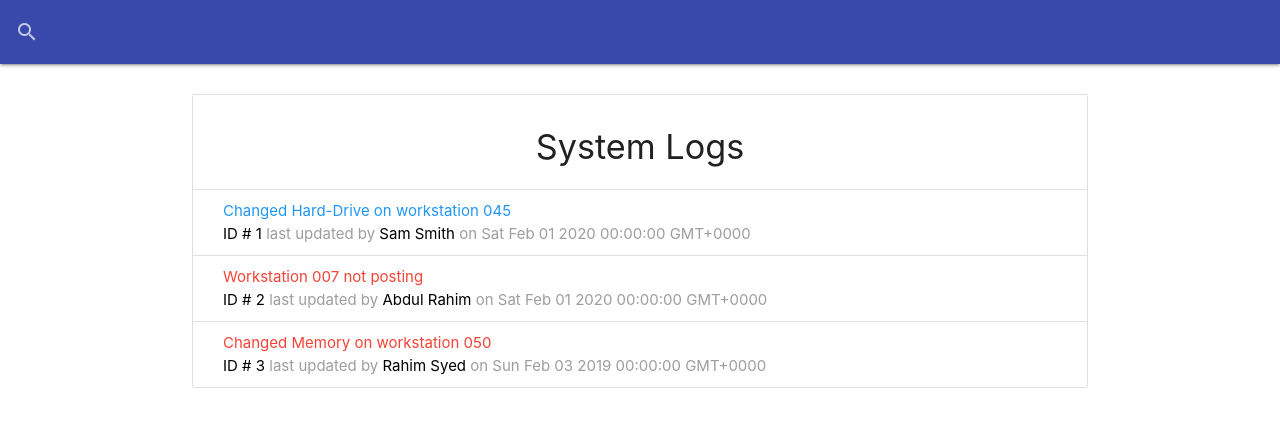
Repository: syedabdulrahim/IT_Logger
Page: /
The author's editor kept a copy of each file at every save. The page is drawn from the files as they stood at one save, then again after the next save.
The browser window is 1280 px wide. The pictures show the whole page.
The project was rebuilt for these pictures with package versions that can differ from the ones it lists, and the page was loaded fresh each time. Requests to the local data server were answered from the project's data file. Also part of the build but not shown: src/App.css.

Above is the page before, as saved 2020-10-30 00:10:34.

After the next save:
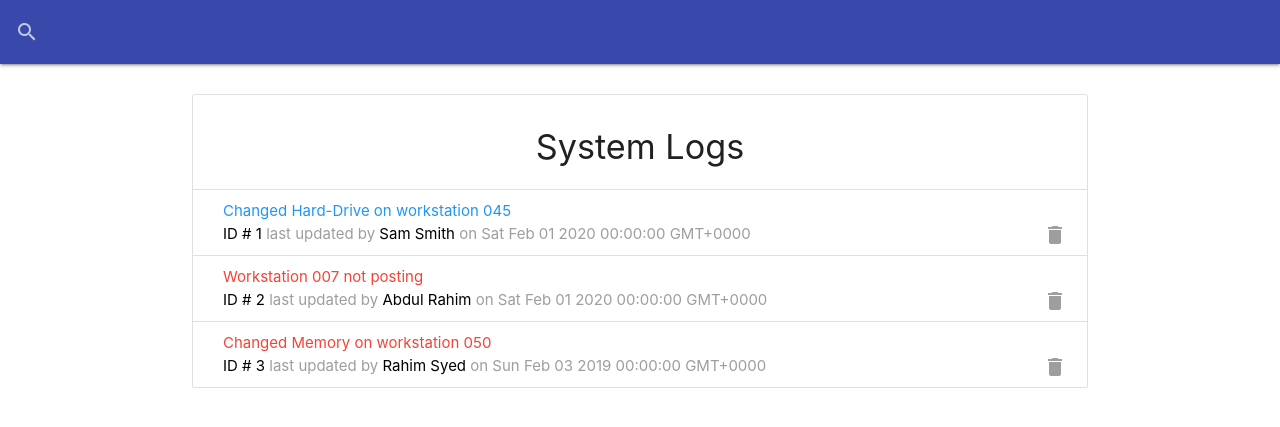
Saved 10 min 34 s later.
--- a/src/components/logs/LogItem.js
+++ b/src/components/logs/LogItem.js
@@ -22,6 +22,9 @@ const LogItem = ({log}) => {
                             <span className="black-text">{' '}{log.tech}</span>{' '}
                             on{' '} <Moment>{dateToFormat}</Moment>
                     </span>
+                    <a href="" className="secondary-content">
+                        <i className="material-icons grey-text">delete</i>
+                    </a>
                 </div>
             </li>
 
